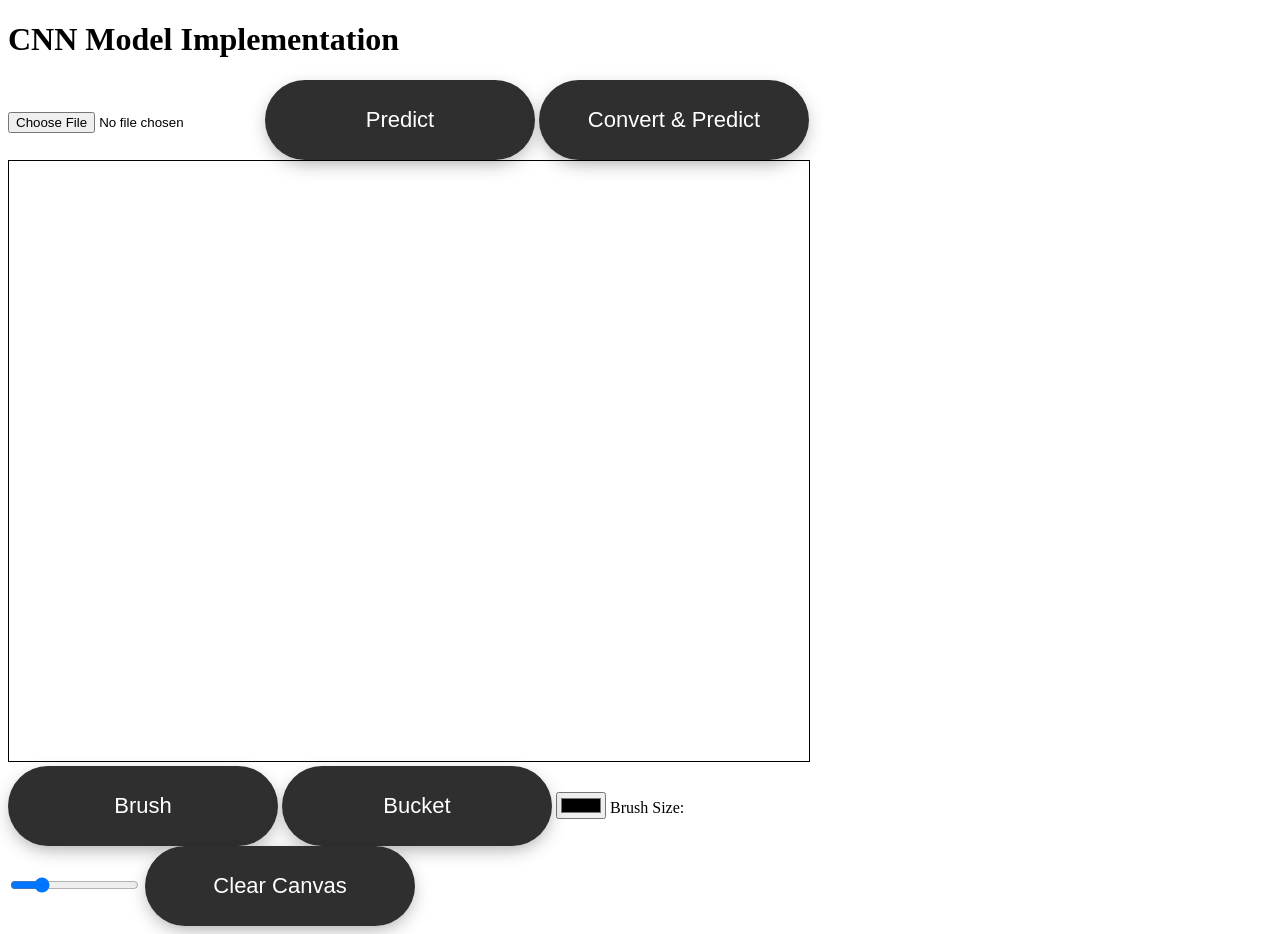
Repository: choobrendan/Flag-Guesser
Page: http://localhost/
These files come from the project's save history. The page is drawn as it stood at one moment and after a run of saves; the edit follows.
The browser window is 1280 px wide. The pictures show the whole page.
The page is served by the project's application, run on Flask 3 (app.py).

Above is the page before, as saved 2023-08-30 08:47:21.

After the next 2 saves:
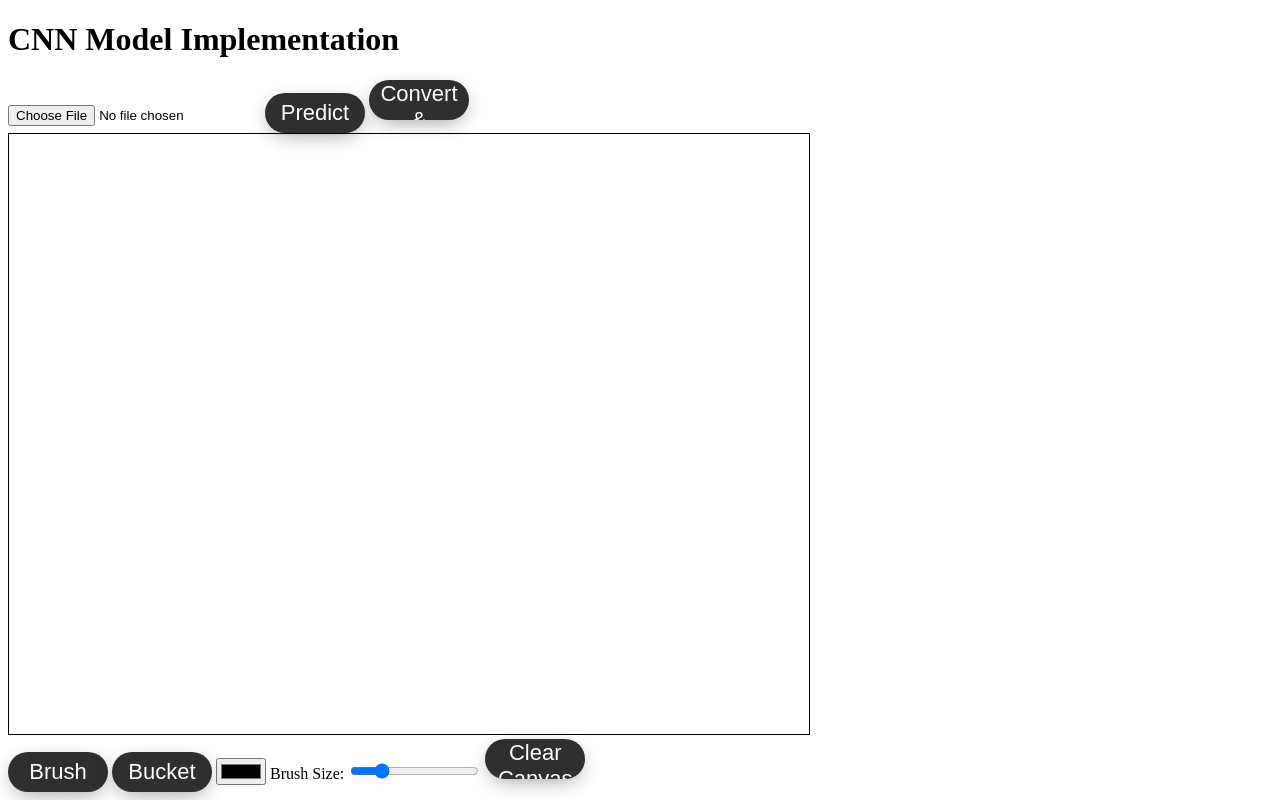
The 2 saves are shown as one change because they came seconds apart.
The last was saved 64 s later.
--- a/templates/index.html
+++ b/templates/index.html
@@ -19,8 +19,8 @@
             font-family: Georgia, 'Times New Roman', Times, serif;
         }
         button{
-    width: 270px;
-    height: 80px;
+    width: 100px;
+    height: 40px;
     border: none;
     outline: none;
     background: #2f2f2f;
